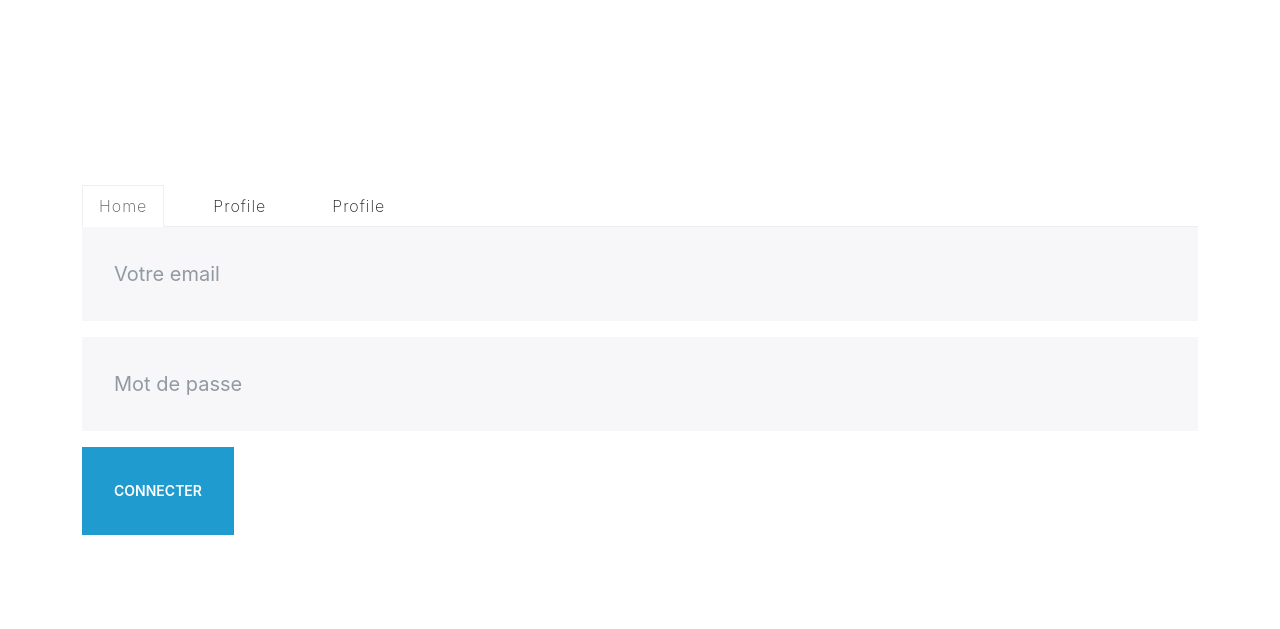
Repository: gal1aoui/BankManagement-AdminActions-JEE
Page: http://localhost/ProjectWeb/Create.jsp
The author's editor kept a copy of each file at every save. The page is drawn from the files as they stood at one save, then again after the next save.
The browser window is 1280 px wide. The pictures show the whole page.
Some web fonts or font styles are not loaded; a fallback is used. The page is served by Tomcat 9. Nobody is signed in. The application's start-up code is not run. Other server files are loaded and not shown.

Above is the page before, as saved 2021-12-28 01:09:18.

### ProjectWeb/WebContent/Create.jsp
<%@ page language="java" contentType="text/html; charset=ISO-8859-1"
    pageEncoding="ISO-8859-1"%>
<!DOCTYPE html PUBLIC "-//W3C//DTD HTML 4.01 Transitional//EN" "http://www.w3.org/TR/html4/loose.dtd">
<html>
<head>
<meta http-equiv="Content-Type" content="text/html; charset=ISO-8859-1">
<title>Insert title here</title>
<link rel="stylesheet" href="https://bootswatch.com/5/lux/bootstrap.min.css">
</head>
<style>
body,html{
	height:100%;
}
</style>
<body>
	<div class="container h-100">
    <div class="row justify-content-center align-items-center h-100">
        <div class="col">
            <ul class="nav nav-tabs">
  				<li class="nav-item">
    				<a class="nav-link active" data-bs-toggle="tab" href="#home">Home</a>
  				</li>
  				<li class="nav-item">
    				<a class="nav-link" data-bs-toggle="tab" href="#profile">Profile</a>
  				</li>
  				<li class="nav-item">
    				<a class="nav-link" data-bs-toggle="tab" href="#tog">Profile</a>
  				</li>
			</ul>
	<div id="myTabContent" class="tab-content">
  	<div class="tab-pane fade show active" id="home">
   			<form action="home" method="post">
                <div class="form-group mb-3">
                    <input class="form-control form-control-lg" placeholder="Votre email" type="text">
                </div>
                <div class="form-group mb-3">
                    <input class="form-control form-control-lg" placeholder="Mot de passe" type="password">
                </div>
                <div class="form-group">
                    <button class="btn btn-info btn-lg btn-block">Connecter</button>
                </div>
            </form>
  	</div>
  	<div class="tab-pane fade" id="profile">
    <form action="home" method="post">
                <div class="form-group mb-3">
                    <input class="form-control form-control-lg" placeholder="Votre email" type="text">
                </div>
                <div class="form-group mb-3">
                    <input class="form-control form-control-lg" placeholder="Mot de passe" type="password">
                </div>
                <div class="form-group">
                    <button class="btn btn-info btn-lg btn-block">Connecter</button>
                </div>
            </form>
  	</div>
  	<div class="tab-pane fade" id="tog">
    	<form action="home" method="post">
                <div class="form-group mb-3">
                    <input class="form-control form-control-lg" placeholder="Votre email" type="text">
                </div>
                <div class="form-group mb-3">
                    <input class="form-control form-control-lg" placeholder="Mot de passe" type="password">
                </div>
                <div class="form-group">
                    <button class="btn btn-info btn-lg btn-block">Connecter</button>
                </div>
            </form>
    </div>
</div>
        </div>
    </div>
</div>

<script src="https://cdn.jsdelivr.net/npm/bootstrap@5.0.2/dist/js/bootstrap.bundle.min.js" integrity="sha384-MrcW6ZMFYlzcLA8Nl+NtUVF0sA7MsXsP1UyJoMp4YLEuNSfAP+JcXn/tWtIaxVXM" crossorigin="anonymous"></script>
</body>
</html>

After the next save:
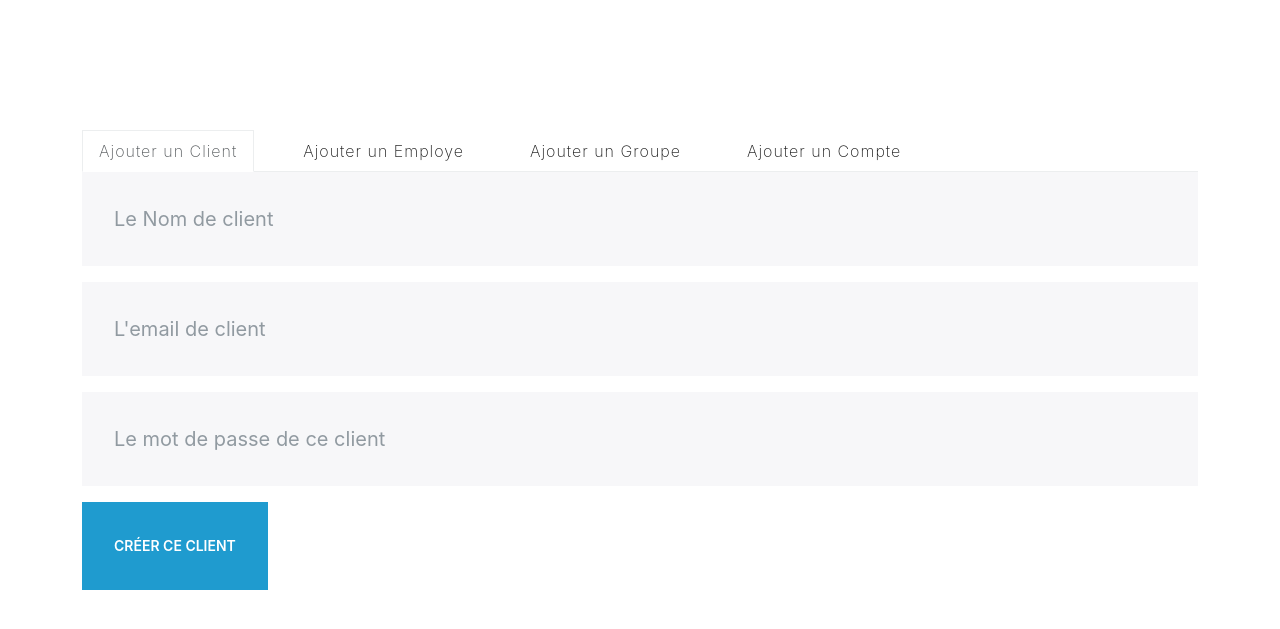
Saved 11 min 12 s later.
--- a/ProjectWeb/WebContent/Create.jsp
+++ b/ProjectWeb/WebContent/Create.jsp
@@ -18,52 +18,58 @@ body,html{
         <div class="col">
             <ul class="nav nav-tabs">
   				<li class="nav-item">
-    				<a class="nav-link active" data-bs-toggle="tab" href="#home">Home</a>
+    				<a class="nav-link active" data-bs-toggle="tab" href="#client">Ajouter un Client</a>
   				</li>
   				<li class="nav-item">
-    				<a class="nav-link" data-bs-toggle="tab" href="#profile">Profile</a>
+    				<a class="nav-link" data-bs-toggle="tab" href="#employe">Ajouter un Employe</a>
   				</li>
   				<li class="nav-item">
-    				<a class="nav-link" data-bs-toggle="tab" href="#tog">Profile</a>
+    				<a class="nav-link" data-bs-toggle="tab" href="#groupe">Ajouter un Groupe</a>
+  				</li>
+  				<li class="nav-item">
+    				<a class="nav-link" data-bs-toggle="tab" href="#compte">Ajouter un Compte</a>
   				</li>
 			</ul>
 	<div id="myTabContent" class="tab-content">
-  	<div class="tab-pane fade show active" id="home">
+  	<div class="tab-pane fade show active" id="client">
    			<form action="home" method="post">
                 <div class="form-group mb-3">
-                    <input class="form-control form-control-lg" placeholder="Votre email" type="text">
+                    <input class="form-control form-control-lg" placeholder="Le Nom de client" type="text">
                 </div>
                 <div class="form-group mb-3">
-                    <input class="form-control form-control-lg" placeholder="Mot de passe" type="password">
+                    <input class="form-control form-control-lg" placeholder="L'email de client" type="email">
+                </div>
+                <div class="form-group mb-3">
+                    <input class="form-control form-control-lg" placeholder="Le mot de passe de ce client" type="password">
                 </div>
                 <div class="form-group">
-                    <button class="btn btn-info btn-lg btn-block">Connecter</button>
+                    <button class="btn btn-info btn-lg btn-block">Créer ce client</button>
                 </div>
             </form>
   	</div>
-  	<div class="tab-pane fade" id="profile">
+  	<div class="tab-pane fade" id="employe">
     <form action="home" method="post">
                 <div class="form-group mb-3">
-                    <input class="form-control form-control-lg" placeholder="Votre email" type="text">
+                    <input class="form-control form-control-lg" placeholder="L'email d'employe" type="email">
                 </div>
                 <div class="form-group mb-3">
-                    <input class="form-control form-control-lg" placeholder="Mot de passe" type="password">
+                    <input class="form-control form-control-lg" placeholder="Le mot de passe de cet employé" type="password">
+                </div>
+                <div class="form-group mb-3">
+                    <input class="form-control form-control-lg" placeholder="Le solde de cet employé" type="number">
                 </div>
                 <div class="form-group">
-                    <button class="btn btn-info btn-lg btn-block">Connecter</button>
+                    <button class="btn btn-info btn-lg btn-block">Créer cet employé</button>
                 </div>
             </form>
   	</div>
   	<div class="tab-pane fade" id="tog">
     	<form action="home" method="post">
                 <div class="form-group mb-3">
-                    <input class="form-control form-control-lg" placeholder="Votre email" type="text">
-                </div>
-                <div class="form-group mb-3">
-                    <input class="form-control form-control-lg" placeholder="Mot de passe" type="password">
+                    <input class="form-control form-control-lg" placeholder="Le Nom de Groupe" type="text">
                 </div>
                 <div class="form-group">
-                    <button class="btn btn-info btn-lg btn-block">Connecter</button>
+                    <button class="btn btn-info btn-block">Créer ce groupe</button>
                 </div>
             </form>
     </div>
